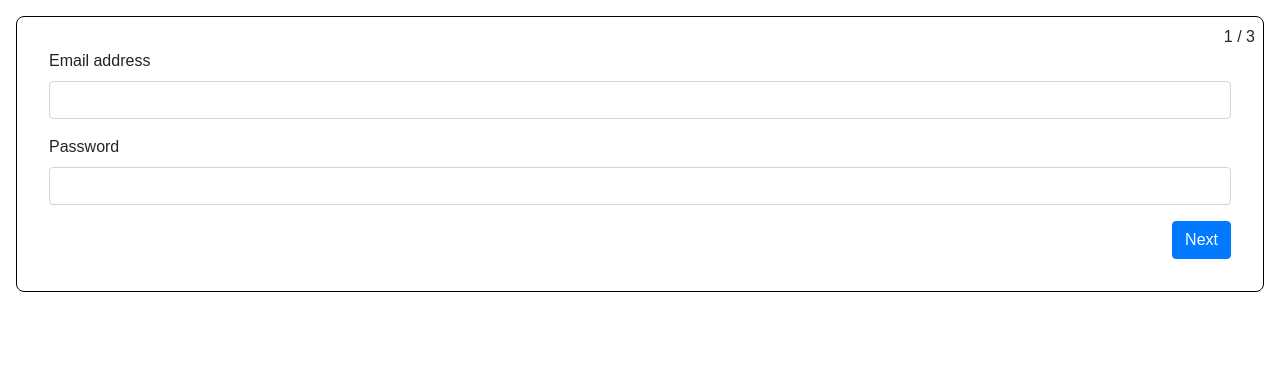
Repository: Aminox84/frontend-main
Page: /
These files come from the project's save history. The page is drawn as it stood at one moment and after the next save; the edit follows.
The browser window is 1280 px wide. The pictures show the whole page.
The project was rebuilt for these pictures with package versions that can differ from the ones it lists, and the page was loaded fresh each time. Also part of the build but not shown: src/AddressForm.tsx, src/AccountForm.tsx.

Above is the page before, as saved 2022-12-29 19:20:58.

### public/index.html
<!DOCTYPE html>
<html lang="en">
  <head>
    <meta charset="utf-8" />
    <link rel="icon" href="%PUBLIC_URL%/favicon.ico" />
    <meta name="viewport" content="width=device-width, initial-scale=1" />
    <meta name="theme-color" content="#000000" />
    <meta
      name="description"
      content="Web site created using create-react-app"
    />
    <link rel="apple-touch-icon" href="%PUBLIC_URL%/logo192.png" />

    <link rel="manifest" href="%PUBLIC_URL%/manifest.json" />
    <link rel="stylesheet" href="https://cdn.jsdelivr.net/npm/bootstrap@4.4.1/dist/css/bootstrap.min.css" integrity="sha384-Vkoo8x4CGsO3+Hhxv8T/Q5PaXtkKtu6ug5TOeNV6gBiFeWPGFN9MuhOf23Q9Ifjh" crossorigin="anonymous">

    <title>React App</title>
  </head>
  <body>
    <noscript>You need to enable JavaScript to run this app.</noscript>
    <div id="root"></div>
    <script src="https://code.jquery.com/jquery-3.4.1.slim.min.js" integrity="sha384-J6qa4849blE2+poT4WnyKhv5vZF5SrPo0iEjwBvKU7imGFAV0wwj1yYfoRSJoZ+n" crossorigin="anonymous"></script>
    <script src="https://cdn.jsdelivr.net/npm/popper.js@1.16.0/dist/umd/popper.min.js" integrity="sha384-Q6E9RHvbIyZFJoft+2mJbHaEWldlvI9IOYy5n3zV9zzTtmI3UksdQRVvoxMfooAo" crossorigin="anonymous"></script>
    <script src="https://cdn.jsdelivr.net/npm/bootstrap@4.4.1/dist/js/bootstrap.min.js" integrity="sha384-wfSDF2E50Y2D1uUdj0O3uMBJnjuUD4Ih7YwaYd1iqfktj0Uod8GCExl3Og8ifwB6" crossorigin="anonymous"></script>
  </body>
</html>

### src/App.tsx
import React from 'react';
import { useMultistepForm } from './useMultistepForm';
import { AddressForm } from './AddressForm';
import { AccountForm } from './AccountForm';
import { UserForm } from './userForm';


function App() {


const {steps,currentStepIndex,step,isFirstStep,isLastStep,back,next} = useMultistepForm([<UserForm />,<AddressForm />,<AccountForm />])

  return (
    <div style={{position:"relative",background:"white",border:"1px solid  black",padding:"2rem",margin:"1rem",borderRadius:".5rem",fontFamily:"Arial"}}>
      <form>
       <div style={{position:"absolute",top:".5rem",right:".5rem"}}> {currentStepIndex + 1} / {steps.length}</div>
       {step}
       <div className='d-flex justify-content-end'>
       {!isFirstStep && <button className='btn btn-primary ml-2' type="button" onClick={back}>Back</button>}
       <button type="button" className='btn btn-primary ml-2' onClick={next}>{isLastStep ? "Finish" : "Next"}</button>
       </div>
      </form>
    </div>
  );
}

export default App;

### src/useMultistepForm.ts
import {ReactElement,useState} from 'react'



export function useMultistepForm(steps: ReactElement[]){

const [currentStepIndex, setCurrentStepIndex]=useState(0)

function next(){
setCurrentStepIndex(i=>{
    if ( i > steps.length-1) return i
    return i +1
})
}
function back(){
    setCurrentStepIndex(i=>{
        if ( i <= 0) return i
        return i -1
    })
}
function goTo(index:number){
    setCurrentStepIndex(index);
}





return {
    currentStepIndex,
    step: steps[currentStepIndex],
    steps,
    isFirstStep: currentStepIndex===0,
    isLastStep: currentStepIndex=== steps.length-1,
    goTo,
    next,
    back
}

}

### src/userForm.tsx
export function UserForm(){
    return (
        <>
        <form>
  <div className="form-group">
    <label htmlFor="exampleInputEmail1">Email address</label>
    <input type="email" className="form-control" id="exampleInputEmail1" aria-describedby="emailHelp" />
  </div>
  <div className="form-group">
    <label htmlFor="exampleInputPassword1">Password</label>
    <input type="password" className="form-control" id="exampleInputPassword1" />
  </div>
</form>
        </>
    )
}

Loaded but not shown: src/index.tsx (common file)

After the next save:
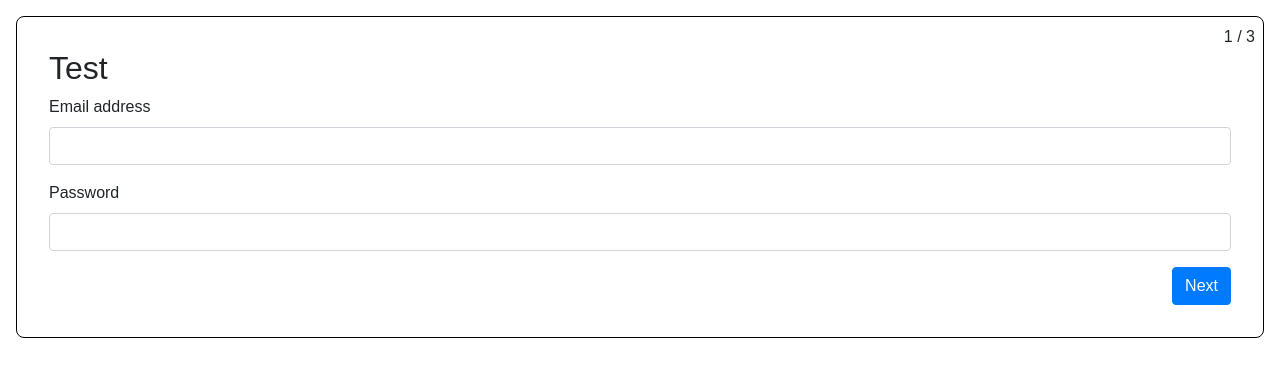
Saved 14 min 32 s later.
--- a/src/userForm.tsx
+++ b/src/userForm.tsx
@@ -1,6 +1,7 @@
 export function UserForm(){
     return (
         <>
+        <h2>Test</h2>
         <form>
   <div className="form-group">
     <label htmlFor="exampleInputEmail1">Email address</label>
